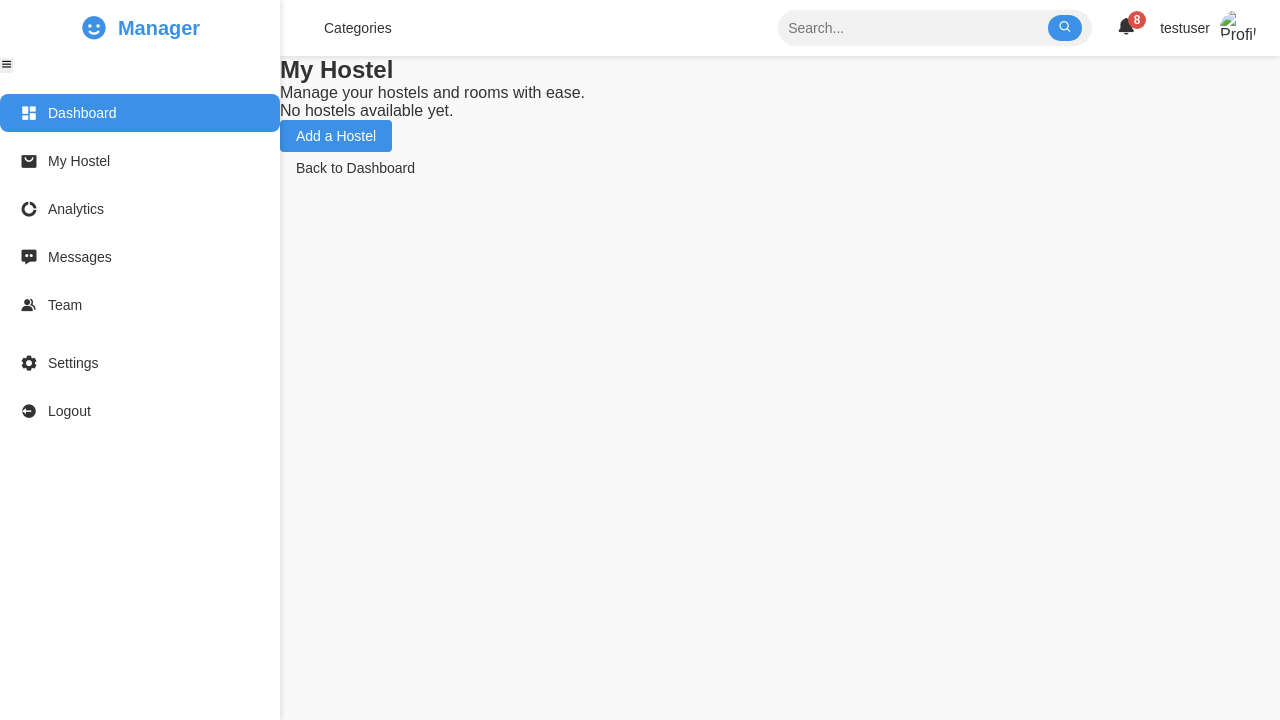
Repository: peter417waweru/hostelkona
Page: http://localhost/dashboard/my-hostels/
The author's editor kept a copy of each file at every save. The page is drawn from the files as they stood at one save, then again after the next save.
The browser window is 1280 px wide. The pictures show the whole page.
The page is served by the project's application, run on Django 5.2 (hostelkona/manage.py). A made-up administrator, testuser (Test User, test@example.com), is signed in. Queries for data that is not in the repository find no rows.

Above is the page before, as saved 2025-01-28 16:53:44.

After the next save:
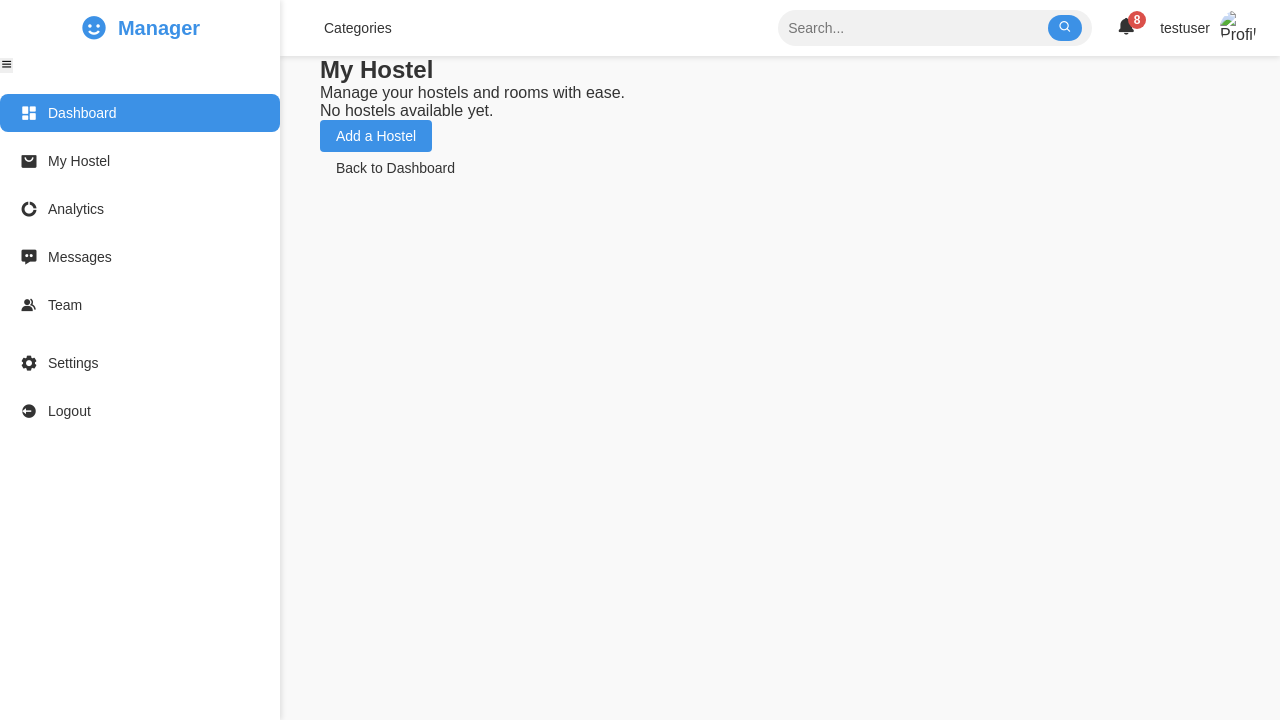
Saved 7 min 4 s later.
--- a/hostelkona/kona/static/styles/pages/hostels.css
+++ b/hostelkona/kona/static/styles/pages/hostels.css
@@ -1,6 +1,8 @@
 /* Custom CSS for Hostels Page */
 .card {
     transition: transform 0.3s ease, box-shadow 0.3s ease;
+    margin-left: 20px; /* Add left padding to the card */
+    margin-right: 20px; /* Add right padding for balance */
 }
 
 .card:hover {
@@ -30,3 +32,22 @@
     background-color: #0d6efd;
     border-color: #0d6efd;
 }
+
+/* Center-align the nested rooms table */
+.nested-table-container {
+    display: flex;
+    justify-content: center; /* Center horizontally */
+    padding-left: 20px; /* Add left padding */
+    padding-right: 20px; /* Add right padding */
+}
+
+.nested-table {
+    width: 80%; /* Adjust table width */
+    margin: 0 auto; /* Center the table */
+}
+
+/* Add padding to the main container */
+.container-fluid {
+    padding-left: 40px; /* Add left padding to the main container */
+    padding-right: 40px; /* Add right padding for balance */
+}

After the 3 saves that followed:
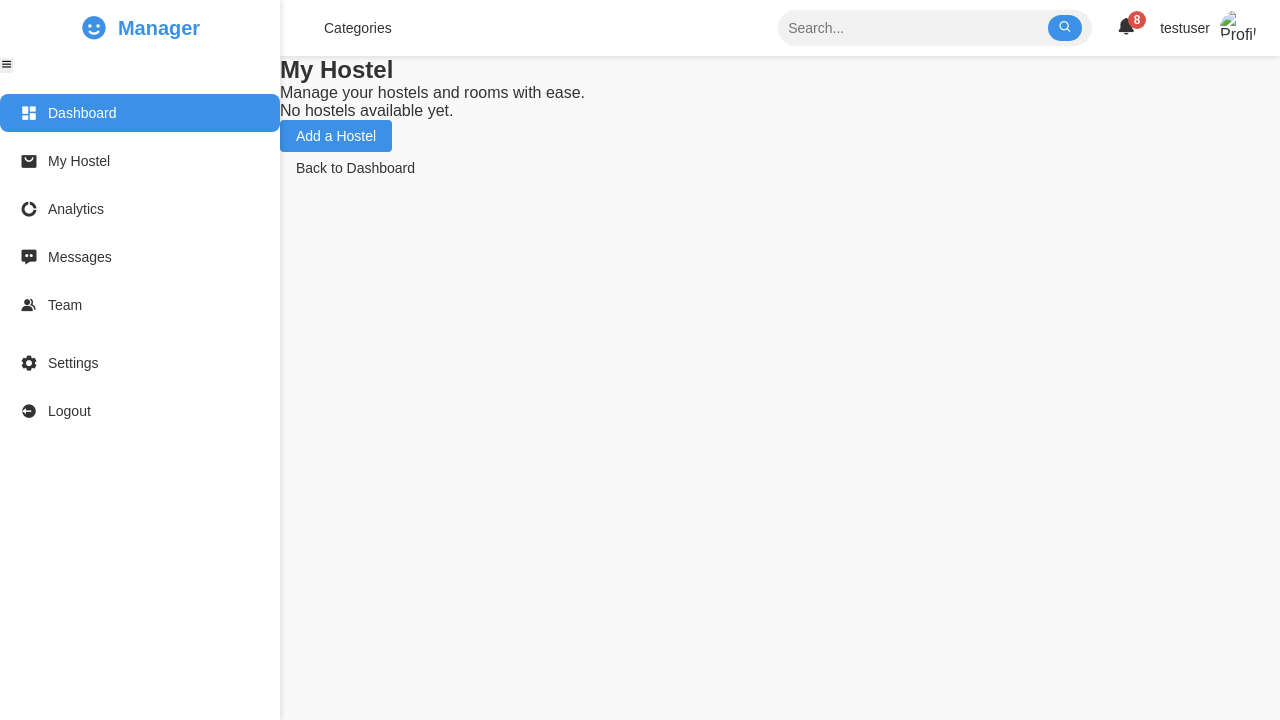
The 3 saves are shown as one change because 2 left the picture as it was.
The last was saved 2 min 5 s later.
--- a/hostelkona/kona/static/styles/pages/hostels.css
+++ b/hostelkona/kona/static/styles/pages/hostels.css
@@ -1,8 +1,6 @@
 /* Custom CSS for Hostels Page */
 .card {
     transition: transform 0.3s ease, box-shadow 0.3s ease;
-    margin-left: 20px; /* Add left padding to the card */
-    margin-right: 20px; /* Add right padding for balance */
 }
 
 .card:hover {
@@ -32,22 +30,3 @@
     background-color: #0d6efd;
     border-color: #0d6efd;
 }
-
-/* Center-align the nested rooms table */
-.nested-table-container {
-    display: flex;
-    justify-content: center; /* Center horizontally */
-    padding-left: 20px; /* Add left padding */
-    padding-right: 20px; /* Add right padding */
-}
-
-.nested-table {
-    width: 80%; /* Adjust table width */
-    margin: 0 auto; /* Center the table */
-}
-
-/* Add padding to the main container */
-.container-fluid {
-    padding-left: 40px; /* Add left padding to the main container */
-    padding-right: 40px; /* Add right padding for balance */
-}
